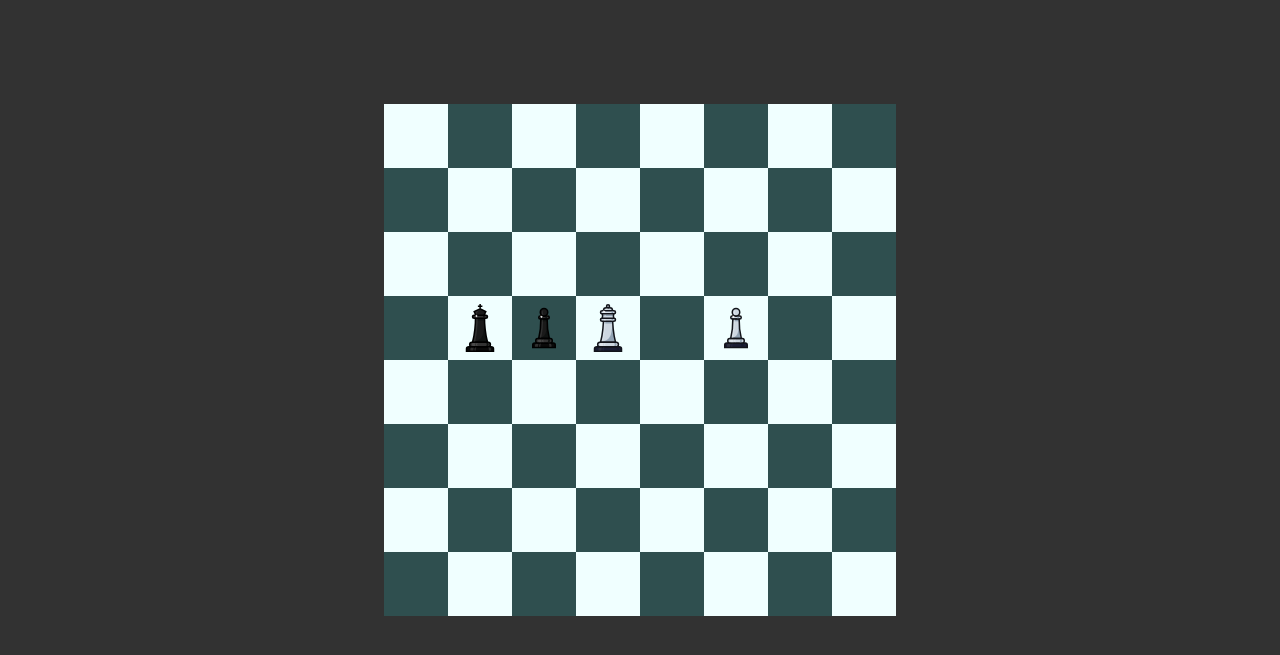
Repository: Mirsmog/react-chess
Page: /
The author's editor kept a copy of each file at every save. The page is drawn from the files as they stood at one save, then again after the next save.
The browser window is 1280 px wide. The pictures show the whole page.
The project was rebuilt for these pictures with package versions that can differ from the ones it lists, and the page was loaded fresh each time. Also part of the build but not shown: vite.config.ts.

Above is the page before, as saved 2023-10-28 14:43:54.

### src/App.tsx
import BoardComponent from '@/components/BoardComponent';
import { Board } from './models/Board';
import React from 'react';

const App = () => {
  const [board, setBoard] = React.useState(new Board());

  React.useEffect(() => {
    restart();
  }, []);

  function restart() {
    const newBoard = new Board();
    newBoard.initCells();
    newBoard.addFigures()
    setBoard(newBoard);
  }
  return (
    <div className='app'>
      <BoardComponent board={board} setBoard={setBoard} />
    </div>
  );
};

export default App;

### src/index.css
:root {
  --sell-size: 64px;
}

* {
  margin: 0;
  padding: 0;
}

.app {
  background-color: #323232;
  width: 100vw;
  height: 100vh;
  display: flex;
  justify-content: center;
  align-items: center;
}

.board {
  display: flex;
  width: calc(var(--sell-size) * 8);
  height: calc(var(--sell-size) * 8);
  flex-wrap: wrap;
}

.cell {
  width: var(--sell-size);
  height: var(--sell-size);
  display: flex;
  justify-content: center;
  align-items: center;
}

.cell img {
  width: 48px;
  height: 48px;
  position: relative;
}

["/src/assets/pawn-black.svg"] {
  display: none;
}

.black {
  background-color: darkslategrey;
}

.white {
  background-color: azure;
}

### src/components/BoardComponent.tsx
import { Board } from '@/models/Board';
import React from 'react';
import CellComponent from './CellComponent';

type Props = {
  board: Board;
  setBoard: (board: Board) => void;
};

const BoardComponent: React.FC<Props> = ({ board, setBoard }) => {
  return (
    <div className='board'>
      {board.cells.map((row, index) => (
        <React.Fragment key={index}>
          {row.map((cell) => (
            <CellComponent key={cell.id} cell={cell} />
          ))}
        </React.Fragment>
      ))}
    </div>
  );
};

export default BoardComponent;

### src/models/Board.ts
import { Cell } from './Cell';
import { Colors } from './Colors';
import { King } from './figures/King';
import { Pawn } from './figures/Pawn';
import { Queen } from './figures/Queen';

export class Board {
  cells: Cell[][] = [];

  public initCells() {
    for (let i = 0; i < 8; i++) {
      const row: Cell[] = [];
      for (let j = 0; j < 8; j++) {
        if ((i + j) % 2 !== 0) {
          row.push(new Cell(this, j, i, Colors.BLACK, null)); // black
        } else {
          row.push(new Cell(this, j, i, Colors.WHITE, null)); // white
        }
      }
      this.cells.push(row);
    }
  }
  public getCell(x: number, y: number) {
    return this.cells[y][x];
  }
  public addFigures() {
    new Queen(Colors.WHITE, this.getCell(3, 3))
    new King(Colors.BLACK, this.getCell(1, 3))
    new Pawn(Colors.BLACK, this.getCell(2, 3))
    new Pawn(Colors.WHITE, this.getCell(5, 3))
  }
}

### src/components/CellComponent.tsx
import { Cell } from '@/models/Cell';
import React from 'react';

type Props = {
  cell: Cell;
};

const CellComponent: React.FC<Props> = ({ cell }) => {
  return (
    <div className={`cell ${cell.color}`}>
      {cell.figure?.logo && (
        <img src={cell.figure.logo} alt={cell.figure.logo} />
      )}
    </div>
  );
};

export default CellComponent;

### src/models/Cell.ts
import { Board } from './Board';
import { Colors } from './Colors';
import { Figure } from './figures/Figure';

export class Cell {
  readonly x: number;
  readonly y: number;
  readonly color: Colors;
  figure: Figure | null;
  board: Board;
  available: boolean;
  id: number;

  constructor(
    board: Board,
    x: number,
    y: number,
    color: Colors,
    figure: Figure | null
  ) {
    this.board = board;
    this.figure = figure;
    this.color = color;
    this.x = x;
    this.y = y;
    this.available = false;
    this.id = Math.random();
  }
}

### src/models/Colors.ts
export enum Colors {
  BLACK = 'black',
  WHITE = 'white',
}

### src/models/figures/King.ts
import { Cell } from '../Cell';
import { Colors } from '../Colors';
import { Figure, FigureName } from './Figure';
import kingBlack from '@/assets/king-black.svg';
import kingWhite from '@/assets/king-white.svg';
export class King extends Figure {
  constructor(color: Colors, cell: Cell) {
    super(color, cell);
    this.logo = color === Colors.BLACK ? kingBlack : kingWhite;
    this.name = FigureName.KING
  }
}

### src/models/figures/Pawn.ts
import { Cell } from '../Cell';
import { Colors } from '../Colors';
import { Figure, FigureName } from './Figure';
import pawnBlack from '@/assets/pawn-black.svg';
import pawnWhite from '@/assets/pawn-white.svg';
export class Pawn extends Figure {
  constructor(color: Colors, cell: Cell) {
    super(color, cell);
    this.logo = color === Colors.BLACK ? pawnBlack : pawnWhite;
    this.name = FigureName.PAWN
  }
}

### src/models/figures/Queen.ts
import { Cell } from '../Cell';
import { Colors } from '../Colors';
import { Figure, FigureName } from './Figure';
import queenBlack from '@/assets/queen-black.svg';
import queenWhite from '@/assets/queen-white.svg';
export class Queen extends Figure {
  constructor(color: Colors, cell: Cell) {
    super(color, cell);
    this.logo = color === Colors.BLACK ? queenBlack : queenWhite;
    this.name = FigureName.QUEEN
  }
}

### src/models/figures/Figure.ts
import { Cell } from '../Cell';
import { Colors } from '../Colors';
import logo from '@/assets/bishop-black.svg';

import queenBlack from '@/assets/queen-black.svg';
import bishopBlack from '@/assets/bishop-black.svg';
import rookBlack from '@/assets/rook-black.svg';
import knightBlack from '@/assets/knight-black.svg';
import pawnBlack from '@/assets/pawn-black.svg';

import queenWhite from '@/assets/queen-white.svg';
import bishopWhite from '@/assets/bishop-white.svg';
import rookWhite from '@/assets/rook-white.svg';
import knightWhite from '@/assets/knight-white.svg';
import pawnWhite from '@/assets/pawn-white.svg';

export enum FigureName {
  FIGURE = 'figure',
  KING = 'king',
  QUEEN = 'queen',
  ROOK = 'rook',
  BISHOP = 'bishop',
  PAWN = 'pawn',
  KNIGHT = 'knight',
}


export class Figure {
  color: Colors;
  logo: typeof logo | null;
  cell: Cell;
  name: FigureName;
  id: number;

  constructor(color: Colors, cell: Cell) {
    this.color = color;
    this.cell = cell;
    this.cell.figure = this;
    this.logo = null;
    this.name = FigureName.FIGURE;
    this.id = Math.random();
  }

  canMove(target: Cell): boolean {
    return true;
  }
  moveFigure(target: Cell) {}
}

Loaded but not shown: index.html (common file); src/main.tsx (common file)

After the next save:
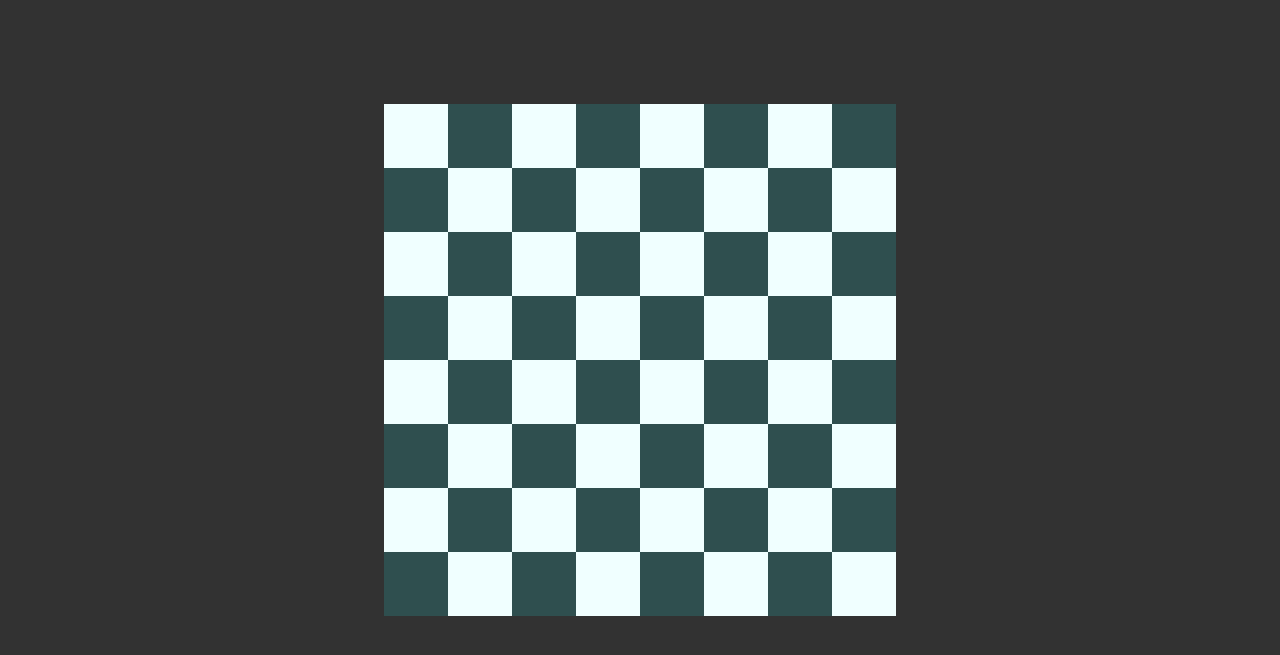
Saved 39 s later.
--- a/src/index.css
+++ b/src/index.css
@@ -37,8 +37,8 @@
   position: relative;
 }
 
-["/src/assets/pawn-black.svg"] {
-  display: none;
+img[src*="/src/assets/"] {
+    display: none;
 }
 
 .black {
